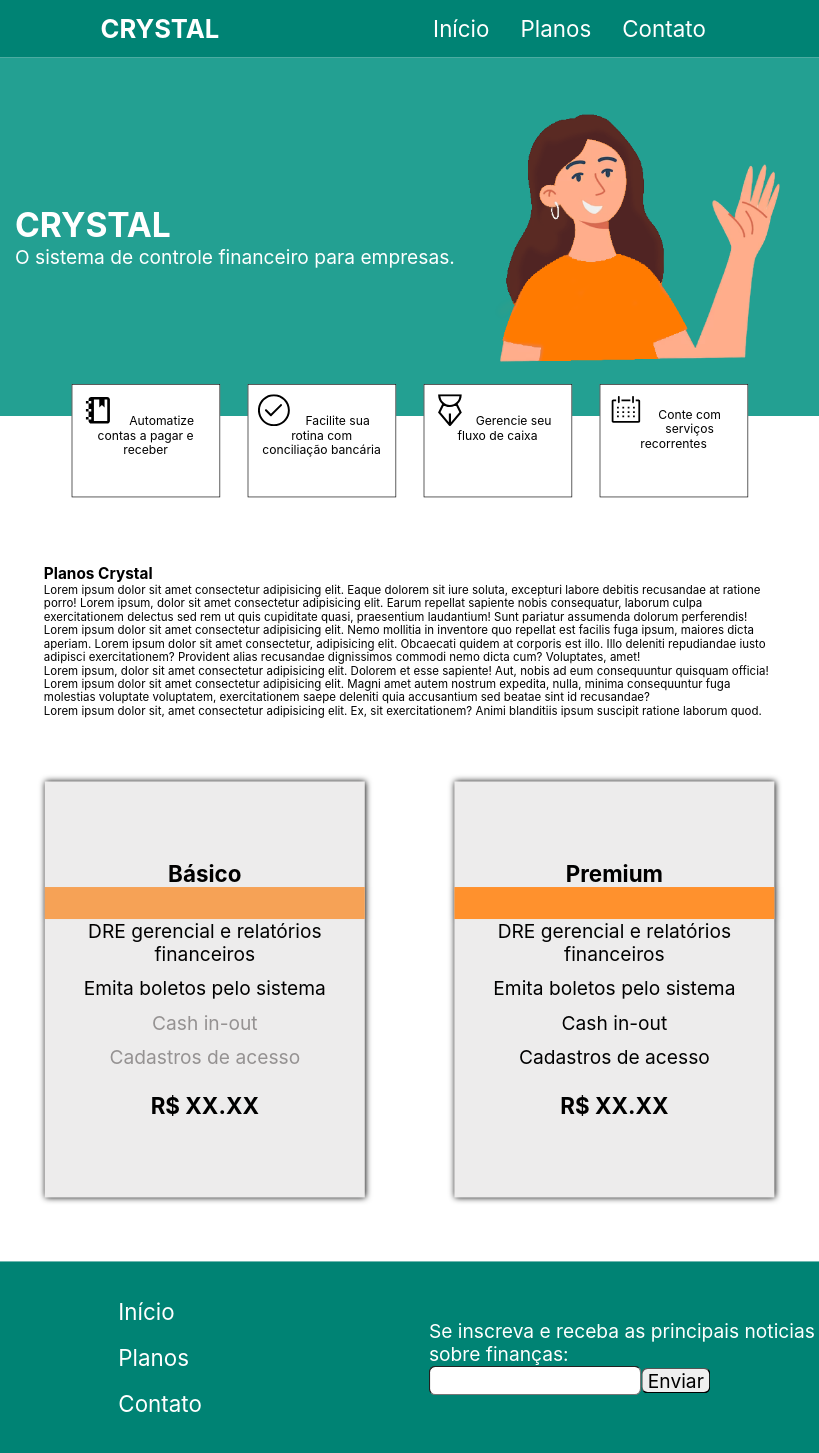
Repository: Matheus904-12/Crystallize
Page: index.html
The author's editor kept a copy of each file at every save. The page is drawn from the files as they stood at one save, then again after the next save.
The browser window is 1280 px wide. The pictures show the whole page, at 64% of full size.
Some web fonts or font styles are not loaded; a fallback is used.

Above is the page before, as saved 2023-07-24 21:18:06.

After the next save:
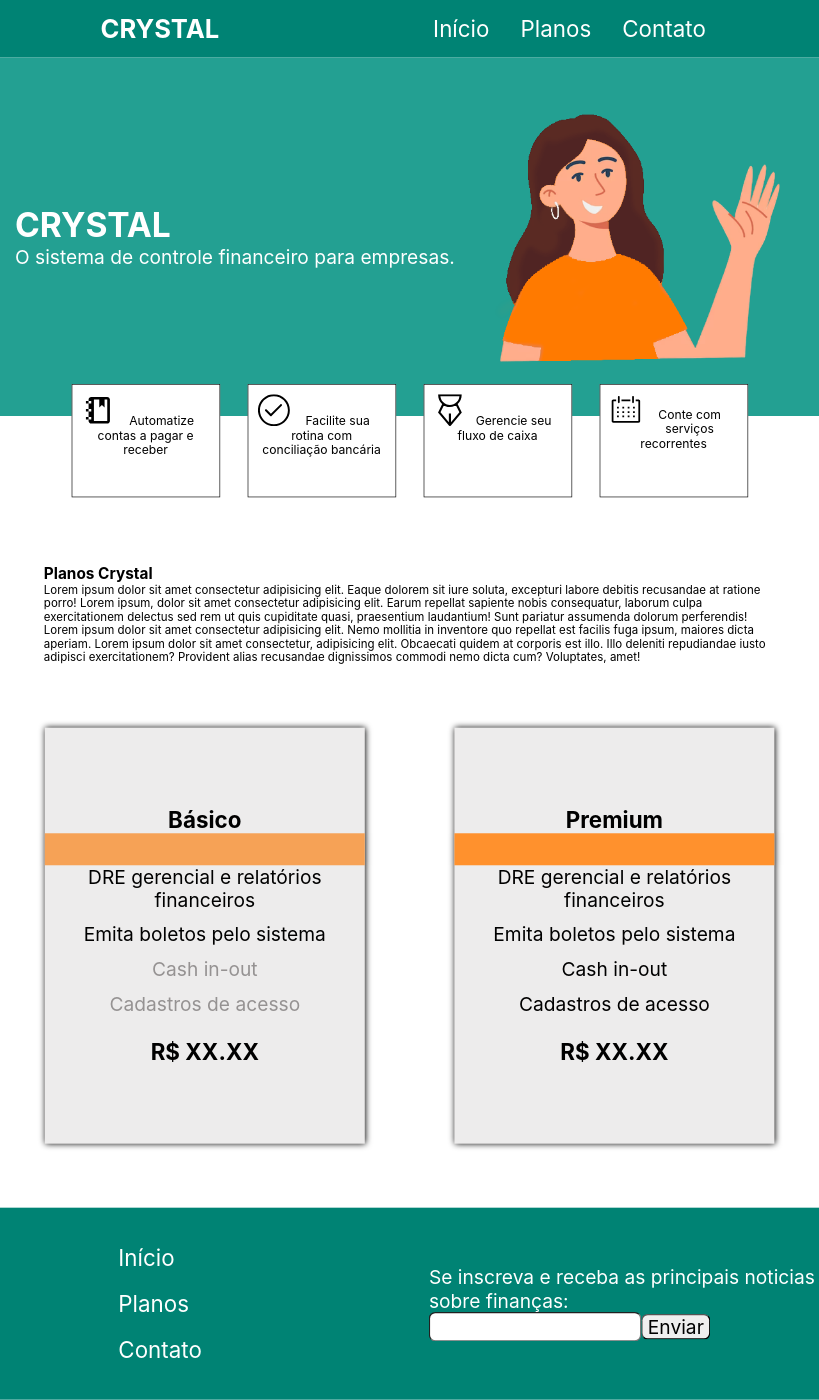
Saved 28 s later.
--- a/index.html
+++ b/index.html
@@ -69,8 +69,7 @@
         <div class="textoPadrao planoTexto">
             <p>Lorem ipsum dolor sit amet consectetur adipisicing elit. Eaque dolorem sit iure soluta, excepturi labore debitis recusandae at ratione porro! Lorem ipsum, dolor sit amet consectetur adipisicing elit. Earum repellat sapiente nobis consequatur, laborum culpa exercitationem delectus sed rem ut quis cupiditate quasi, praesentium laudantium! Sunt pariatur assumenda dolorum perferendis!</p>
             <p>Lorem ipsum dolor sit amet consectetur adipisicing elit. Nemo mollitia in inventore quo repellat est facilis fuga ipsum, maiores dicta aperiam. Lorem ipsum dolor sit amet consectetur, adipisicing elit. Obcaecati quidem at corporis est illo. Illo deleniti repudiandae iusto adipisci exercitationem? Provident alias recusandae dignissimos commodi nemo dicta cum? Voluptates, amet!</p>
-            <p>Lorem ipsum, dolor sit amet consectetur adipisicing elit. Dolorem et esse sapiente! Aut, nobis ad eum consequuntur quisquam officia! Lorem ipsum dolor sit amet consectetur adipisicing elit. Magni amet autem nostrum expedita, nulla, minima consequuntur fuga molestias voluptate voluptatem, exercitationem saepe deleniti quia accusantium sed beatae sint id recusandae?</p>
-            <p>Lorem ipsum dolor sit, amet consectetur adipisicing elit. Ex, sit exercitationem? Animi blanditiis ipsum suscipit ratione laborum quod.</p>
+
         </div>
     </section>
 
